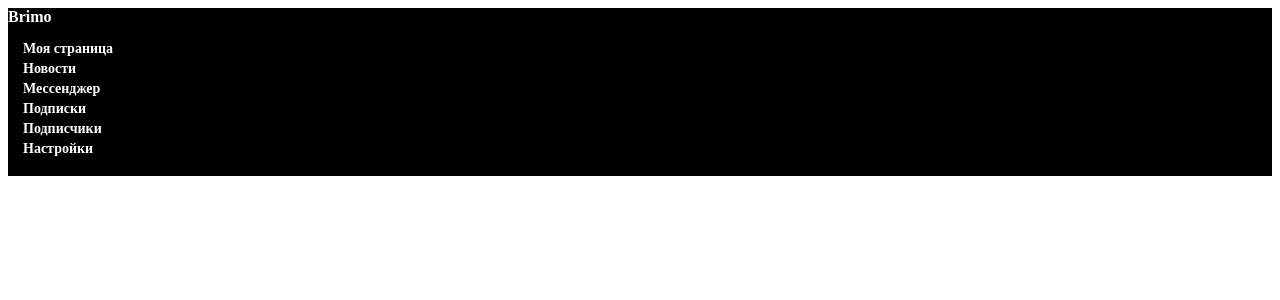
Repository: MaksimKrupkin/socialNetwork
Page: / (app in frontend/socialNetworkFrontend/)
These files come from the project's save history. The page is drawn as it stood at one moment and after the next save; the edit follows.
The browser window is 1280 px wide. The pictures show the whole page.
The project was rebuilt for these pictures with package versions that can differ from the ones it lists, and the page was loaded fresh each time. Also part of the build but not shown: frontend/socialNetworkFrontend/vite.config.js, frontend/socialNetworkFrontend/src/index.css, frontend/socialNetworkFrontend/src/App.css.

Above is the page before, as saved 2024-11-27 19:05:36.

### frontend/socialNetworkFrontend/index.html
<!DOCTYPE html>
<html lang="en">
  <head>
    <meta charset="UTF-8" />
    <link rel="icon" type="image/svg+xml" href="/vite.svg" />
    <meta name="viewport" content="width=device-width, initial-scale=1.0" />
    <title>Brimo</title>
  </head>
  <body>
    <div id="root"></div>
    <script type="module" src="/src/main.jsx"></script>
  </body>
</html>

### frontend/socialNetworkFrontend/src/App.jsx
import './App.css';
import { Routes, Route } from 'react-router-dom';
import MainPage from './Pages/MainPage/MainPage';

function App() {
  return (
    <div>
      <Routes>
        <Route path="/" element={<MainPage />} />
      </Routes>
    </div>
  );
}

export default App;

### frontend/socialNetworkFrontend/src/Pages/MainPage/MainPage.jsx
import React from 'react';
import styles from './MainPage.module.scss';

function MainPage() {
  return (
    <div className={styles.wrapper}>
      <header>
        <div className={styles.logo}>Brimo</div>
      </header>
      <nav className={styles.nav_wpapper}>
        <span className={styles.nav_item}>Моя страница</span>
        <span className={styles.nav_item}>Новости</span>
        <span className={styles.nav_item}>Мессенджер</span>
        <span className={styles.nav_item}>Подписки</span>
        <span className={styles.nav_item}>Подписчики</span>
        <span className={styles.nav_item}>Настройки</span>
      </nav>
    </div>
  );
}
export default MainPage;

### frontend/socialNetworkFrontend/src/Pages/MainPage/MainPage.module.scss
.wrapper {
  background-color: black;
  width: 100%;
  height: 100%;
  color: white;
  font-weight: 700;

  .header {
    height: 150px;

    .logo {
      font-size: 105px;
    }
  }
  .nav_wpapper {
    margin-top: 0px;
    padding: 15px;
    overflow-y: hidden;
    .nav_item {
      display: block;
      height: 20px;
      font-size: 14px;
    }
  }
}

Loaded but not shown: frontend/socialNetworkFrontend/src/main.jsx (common file)

After the next save:
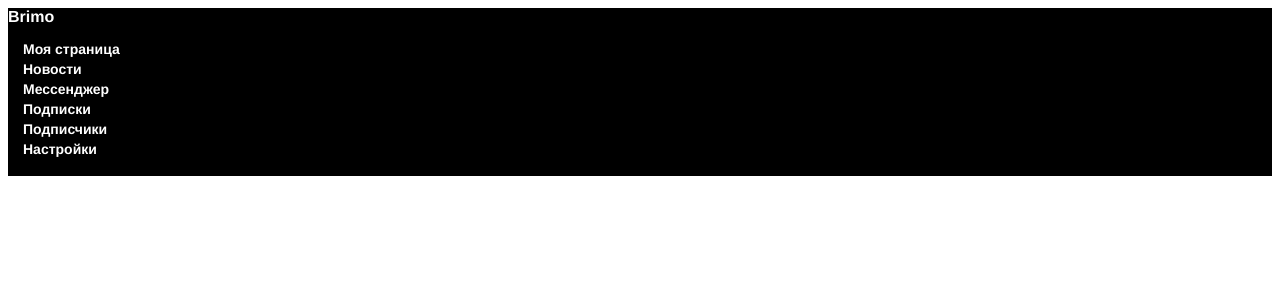
Saved 18 s later.
--- a/frontend/socialNetworkFrontend/src/Pages/MainPage/MainPage.module.scss
+++ b/frontend/socialNetworkFrontend/src/Pages/MainPage/MainPage.module.scss
@@ -4,7 +4,7 @@
   height: 100%;
   color: white;
   font-weight: 700;
-
+  font-family: 'Favorit Modern', 'Helvetica Neue', 'HelveticaNeue', Arial, Helvetica, sans-serif;
   .header {
     height: 150px;
 
